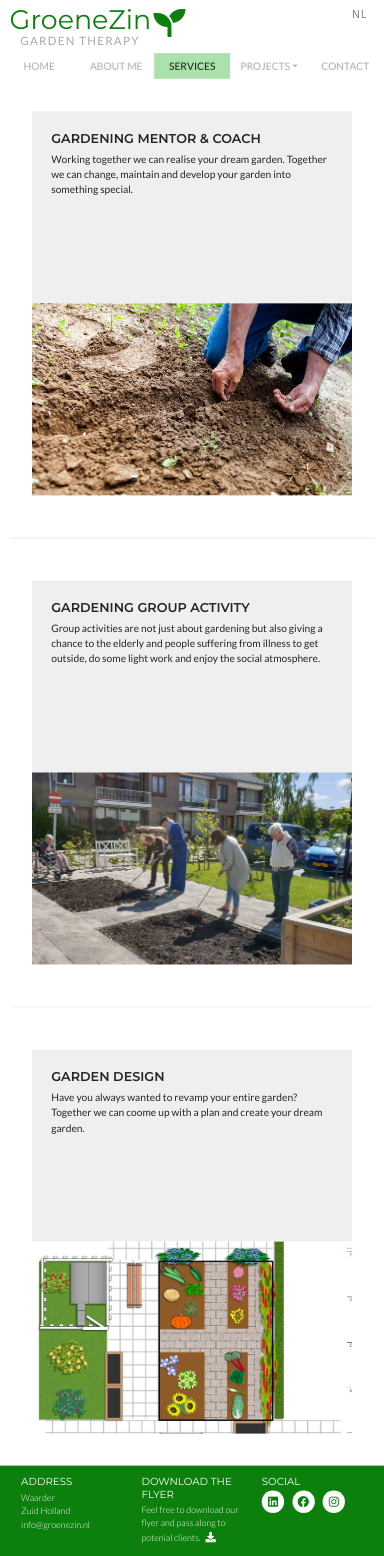
Repository: Sparkplug84/MilestoneProject1
Page: services.html
The author's editor kept a record of every edit. The page is drawn from the files as they stood at one moment, then again after the next edit.
The browser window is 600 px wide. The pictures show the whole page, at 64% of full size.
Some web libraries are served in a nearby version.

Above is the page before.
Console error: TypeError: Cannot read properties of undefined (reading 'fn')

### services.html
<!DOCTYPE html>
<html lang="en">

<head>
    <meta charset="UTF-8">
    <meta name="viewport" content="width=device-width, initial-scale=1.0">
    <meta http-equiv="X-UA-Compatible" content="ie=edge">
    <title>Groenezin | Gardening Coach, Mentor and Designer</title>
    <link rel="stylesheet" href="https://stackpath.bootstrapcdn.com/bootstrap/4.3.1/css/bootstrap.min.css" integrity="sha384-ggOyR0iXCbMQv3Xipma34MD+dH/1fQ784/j6cY/iJTQUOhcWr7x9JvoRxT2MZw1T" crossorigin="anonymous">
    <link rel="stylesheet" href="//use.fontawesome.com/releases/v5.10.2/css/all.css">
    <link rel="stylesheet" href="https://cdnjs.cloudflare.com/ajax/libs/hover.css/2.3.1/css/hover-min.css" type="text/css">
    <script src="https://stackpath.bootstrapcdn.com/bootstrap/4.3.1/js/bootstrap.min.js" integrity="sha384-JjSmVgyd0p3pXB1rRibZUAYoIIy6OrQ6VrjIEaFf/nJGzIxFDsf4x0xIM+B07jRM" crossorigin="anonymous"></script>
    <link rel="stylesheet" href="style.css" type="text/css" />
</head>

<body>
    <div class="container-fluid brand-heading">
        <div class="brand-container">
            <a href="index.html" class="brand">
                <div class="brand-wrapper">
                    <div class="brand-header">GroeneZin</div>
                    <div class="brand-sub uppercase">Garden Therapy</div>
                    <div class="brand-logo"><i class="fas fa-seedling" aria-hidden="true"></i></div>
                </div>
            </a>
        </div>

        <div class="language-toggle"><a class="language-link" href="NL_index.html">NL</a></div>
    </div>

    <nav class="navbar navbar-light bg-light navbar-expand-sm">

        <button class="navbar-toggler ml-auto" type="button" data-toggle="collapse" data-target="#navbarDropdown" aria-controls="navbarDropdown" aria-expanded="false" aria-label="Toggle navigation">
        <span class="navbar-toggler-icon"></span></button>

        <div class="collapse navbar-collapse" id="navbarDropdown">
            <ul class="navbar-nav mr-auto">
                <li class="nav-item"><a class="nav-link hvr-fade uppercase" href="index.html">Home</a></li>
                <li class="nav-item"><a class="nav-link hvr-fade uppercase" href="aboutme.html">About Me</a></li>
                <li class="active nav-item"><a class="nav-link hvr-fade uppercase" href="services.html">Services</a></li>
                <li class="nav-item dropdown">
                    <a class="nav-link hvr-fade dropdown-toggle uppercase" href="#" id="navbarDropdownMenuLink" role="button" data-toggle="dropdown" aria-haspopup="true" aria-expanded="false">Projects</a>
                    <div class="dropdown-menu" aria-labelledby="navbarDropdownMenuLink">
                        <a class="dropdown-item uppercase" href="project1.html">Project 1</a>
                        <a class="dropdown-item uppercase" href="project2.html">Project 2</a>
                        <a class="dropdown-item uppercase" href="project3.html">Project 3</a>
                    </div>
                </li>

                <li class="nav-item"><a class="nav-link hvr-fade uppercase" href="contact.html">Contact</a></li>
            </ul>
        </div>
    </nav>



    <div class="container-fluid services-container">

        <div class="row">
            <div class="col-md-5 services-section">
                <div class="services-sub">
                    <h5 class="services-heading uppercase">Gardening Mentor & Coach</h5>
                    <p class="services-info">Working together we can realise your dream garden. Together we can change, maintain and develop your garden into something special.
                    </p>
                </div>
            </div>
            <div class="col-md-7 photo-section">
                <div class="photo-service1"></div>
            </div>
        </div>

        <hr>

        <div class="row">
            <div class="col-md-5 services-section">
                <div class="services-sub">
                    <h5 class="services-heading uppercase">Gardening Group Activity</h5>
                    <p class="services-info">Group activities are not just about gardening but also giving a chance to the elderly and people suffering from illness to get outside, do some light work and enjoy the social atmosphere.
                        </p>
                </div>
            </div>
            <div class="col-md-7 photo-section">
                <div class="photo-service2"></div>
            </div>
        </div>

        <hr>

        <div class="row">
            <div class="col-md-5 services-section">
                <div class="services-sub">
                    <h5 class="services-heading uppercase">Garden Design</h5>
                    <p class="services-info">Have you always wanted to revamp your entire garden? Together we can coome up with a plan and create your dream garden.
                        </p>
                </div>
            </div>
            <div class="col-md-7 photo-section">
                <div class="photo-service3"></div>
            </div>
        </div>

    </div>

    <footer class="container-fluid">
        <div class="row footer-padding">
            <div class="col-sm-4 mt-3">
                <h6 class="footer-sub uppercase">Address</h6>
                <p>Waarder</p>
                <p>Zuid Holland</p>
                <p>info@groenezin.nl</p>
            </div>
            <div class="col-sm-4 mt-3">
                <h6 class="footer-sub uppercase">Download the flyer</h6>
                <p class="inline-block">Feel free to download our flyer and pass along to potenial clients.
                    <a href="#" target="_blank" class="flyer-pdf">
                        <i class="fa fa-download" aria-hidden="true"></i>
                        <span class="sr-only">Download link.</span>
                    </a>
                </p>
            </div>
            <div class="col-sm-4 mt-3">
                <h6 class="footer-sub uppercase">Social</h6>
                <ul class="list-inline social-links">
                    <li class="list-inline-item">
                        <a href="#" target="_blank">
                            <i class="fab fa-linkedin" aria-hidden="true"></i>
                            <span class="sr-only">LinkedIn</span>
                        </a>
                    </li>
                    <li class="list-inline-item">
                        <a href="#" target="_blank">
                            <i class="fab fa-facebook" aria-hidden="true"></i>
                            <span class="sr-only">Facebook</span>
                    </li>
                    <li class="list-inline-item">
                        <a href="#" target="_blank">
                            <i class="fab fa-instagram" aria-hidden="true"></i>
                            <span class="sr-only">Instagram</span>
                        </a>
                    </li>
                </ul>
            </div>
        </div>
    </footer>



    <script src="https://code.jquery.com/jquery-3.3.1.slim.min.js" integrity="sha384-q8i/X+965DzO0rT7abK41JStQIAqVgRVzpbzo5smXKp4YfRvH+8abtTE1Pi6jizo" crossorigin="anonymous"></script>
    <script src="https://cdnjs.cloudflare.com/ajax/libs/popper.js/1.14.7/umd/popper.min.js" integrity="sha384-UO2eT0CpHqdSJQ6hJty5KVphtPhzWj9WO1clHTMGa3JDZwrnQq4sF86dIHNDz0W1" crossorigin="anonymous"></script>
    <script src="https://stackpath.bootstrapcdn.com/bootstrap/4.3.1/js/bootstrap.min.js" integrity="sha384-JjSmVgyd0p3pXB1rRibZUAYoIIy6OrQ6VrjIEaFf/nJGzIxFDsf4x0xIM+B07jRM" crossorigin="anonymous"></script>
</body>

</html>

### style.css
@import url('https://fonts.googleapis.com/css?family=Lato:300,400,700|Montserrat:200,300,400,500,600,700,800,900&display=swap');

/* --------------------- General styles -------------------*/

.uppercase {
    text-transform: uppercase;
}

body {
    margin: 0;
    padding: 0;
}

.inline-block {
    display: inline-block;
}

/* --------------------- colours -------------------*/

.language-link {
    color: grey;
}

/* --------------------- Brand and Logo Section -------------------*/

.brand-container {
    width: 300px;
}

a.brand {
    width: 250px;
    height: 100%;
    text-decoration: none;
}

.brand-wrapper {
    width: 220px;
    height: 100%;
}

.brand-header {
    font-family: "Montserrat", sans-serif;
    font-size: 42px;
    height: 50px;
    width: 220px;
    color: #0d7f0d;
}

.brand-heading {
    position: relative;
}

.brand-sub {
    font-family: "Lato", sans-serif;
    display: inline-block;
    font-size: 18px;
    height: 32px;
    width: 220px;
    color: darkgrey;
    letter-spacing: 2px;
    text-align: center;
}

.brand-logo {
    display: inline-block;
    position: absolute;
    top: 0;
    right: inherit;
    font-size: 50px;
    height: 82px;
    width: 60px;
    color: #0d7f0d;
    text-align: center;
}

.language-toggle {
    display: inline;
    position: absolute;
    right: 25px;
    top: 10px;
    letter-spacing: 2px;
}

a.language-link {
    text-decoration: none;
}

a.language-link:hover {
    color: #0d7f0d;
}

/* --------------------- Navbar -------------------*/

.collapse {
    position: relative;
    z-index: 1;
    padding: 0;
    margin: 0;
}

.navbar {
    padding: 0;
}

.navbar-light .navbar-nav .nav-link {
    color: darkgrey;
}

nav ul {
    justify-content: space-around;
    width: 100%;
    border: 1px solid white;
    background-color: white;
}

nav ul li {
    border-left: 1px solid white;
    list-style-type: none;
    width: 100%;
    text-align: center;
}

nav ul li a {
    text-decoration: none;
    font-family: "Lato", sans-serif;
}

.hvr-fade {
    width: 100%;
    padding-right: 0;
    padding-left: 0;
}

.hvr-fade:hover {
    color: white;
    background-color: #abe1ab;
}

.navbar .navbar-toggler {
    border: 0;
}

.active {
    background-color: #abe1ab;
}

/* --------------------- Callout -------------------*/

.callout-container {
    font-family: "Montserrat", sans-serif;
    height: 100vh;
    background: url(https://www.nps.gov/caco/learn/news/images/National-Public-Lands-Day_1.JPG) no-repeat right fixed;
    -webkit-background-size: cover;
    -moz-background-size: cover;
    -o-background-size: cover;
    background-size: cover;
    display: flex;
    align-items: center;
    justify-content: center;
    position: relative;
}

.jumbotron {
    background: rgba(0, 0, 0, 0.5);
    max-width: 750px;
    max-height: 400px;
}

.jumbotron-header,
.jumbotron .sub-header {
    color: white;
}

.block-divider {
    width: 200px;
    height: 2px;
    border: none;
    background-color: #fff;
}

.btn-cta {
    color: #fff;
    background-color: #e84610;
    border-color: #e84610;
    width: 160px;
    border-radius: 0;
    font-family: "Montserrat", sans-serif;
}

.btn {
    font-size: 15px;
    font-weight: 500;
}

/* --------------------- Footer -------------------*/

.footer-sub {
    font-family: "Montserrat", sans-serif;
    font-weight: 400;
    color: white;
    margin-bottom: 4px;
}

footer {
    background-color: #0d7f0d;
    min-height: 100px;
}

footer p {
    font-family: "Lato", sans-serif;
    font-size: 14px;
    font-weight: 200;
    color: white;
    margin: 0;
    padding: 0;
}

.flyer-pdf {
    font-size: 16px;
    color: white;
    padding-left: 5px;
    transition: all 0.5s ease-in-out;
    -moz-transition: all 0.5s ease-in-out;
    -o-transition: all 0.5s ease-in-out;
    -webkit-transition: all 0.5s ease-in-out;
}

.flyer-pdf:hover {
    color: #e84610;
}


.social-links li a i {
    width: 35px;
    height: 35px;
    border-radius: 50%;
    font-size: 18px;
    text-align: center;
    color: #0d7f0d;
    background: white;
    line-height: 8px;
    padding: 13px 0;
    transition: all 0.5s ease-in-out;
    -moz-transition: all 0.5s ease-in-out;
    -o-transition: all 0.5s ease-in-out;
    -webkit-transition: all 0.5s ease-in-out;
}

.social-links li a i:hover {
    background-color: #e84610;
}

.footer-padding {
    padding: 0 18px 18px 18px;
}

/* --------------------- About Me -------------------*/

.profile-container {
    padding: 40px;
    background: #efefef;
}

.profile-name {
    font-family: "Montserrat", sans-serif;
    font-size: 25px;
    font-weight: 400;
    text-align: center;
    padding-bottom: 15px;
}

.profile-photo {
    width: 100%;
    padding-bottom: 100%;
    border: solid 3px darkgrey;
    border-radius: 50%;
    margin: 0 auto;
    background: url("./images/maaike-profile.jpg") center;
    background-repeat: no-repeat;
    background-size: cover;
}

.details-heading {
    font-family: "Montserrat", sans-serif;
    font-size: 25px;
    font-weight: 400;
    padding-bottom: 25px;
}

.details-container {
    padding: 20px 20px 0px 20px;
    background: #efefef;
    margin: 0 auto;
}

.personal-info-item {
    display: block;
    clear: both;
    margin-bottom: 22px;
    font-family: "Lato", sans-serif;
}

.personal-info-item .key,
.personal-info-item .value {
    display: inline-block;
}

.personal-info-item .key p,
.personal-info-item .value p {
    margin: 0;
    padding-left: 30px;
}

.personal-info-item .key {
    width: 30%;
    margin-right: 20px;
}

.personal-info-item .key p {
    font-weight: 700;
}

.personal-info-item .value {
    position: relative;
    width: 60%;
}

.aboutme-container {
    padding: 40px;

}

.aboutme-heading {
    font-family: "Montserrat", sans-serif;
    font-size: 25px;
    font-weight: 400;
    padding-bottom: 25px;
}

.aboutme-subheading {
    font-family: "Montserrat", sans-serif;
    font-size: 16px;
    font-weight: 600;
}

.col-10 {
    padding-bottom: 30px;
}

.col-10 p {
    font-family: "Lato", sans-serif;
}

.aboutme-icon {
    color: #e84610;
    font-size: 18px;
}

/* --------------------- Services -------------------*/

.services-heading {
    font-family: "Montserrat", sans-serif;
    font-weight: 600;
}

.services-info {
    font-family: "Lato", sans-serif;
}

.services-section {
    padding: 50px 0px 50px 100px;
    position: relative;
    right: 0;
    margin: 0 auto;
}

.services-sub {
    min-height: 300px;
    background-color: #efefef;
    padding: 30px;
}

.photo-section {
    padding: 50px 20px 50px 0px;
    margin: 0;
}

.photo-service1 {
    width: 85%;
    min-height: 300px;
    background: url("./images/tuinier-plant-zaadjes-in-zijn-tuin.jpg") no-repeat center;
    background-size: cover;
}

.photo-service2 {
    width: 85%;
    min-height: 300px;
    background: url("./images/group-activity1.jpg") no-repeat center;
    background-size: cover;
}

.photo-service3 {
    width: 85%;
    min-height: 300px;
    background: url("./images/Moestuin Herbergier plan.jpg") no-repeat center;
    background-size: cover;
}

/* --------------------- Media Queries -------------------*/

@media(max-width: 572px) {
    .navbar {
        position: absolute;
        right: 10px;
        top: 40px;
        z-index: 1;
    }
}

@media(max-width: 767px) {
    .services-section {
        padding: 50px 50px 0px 50px;
        position: relative;
        bottom: 0;
        margin: 0 auto;
    }
    .photo-section {
        padding: 0px 50px 50px 50px;
        margin: 0 auto;
    }
    .services-sub {
        min-height: 300px;
    }
    .photo-service1,
    .photo-service2,
    .photo-service3 {
        width: 100%;
    }
}

After the next edit:
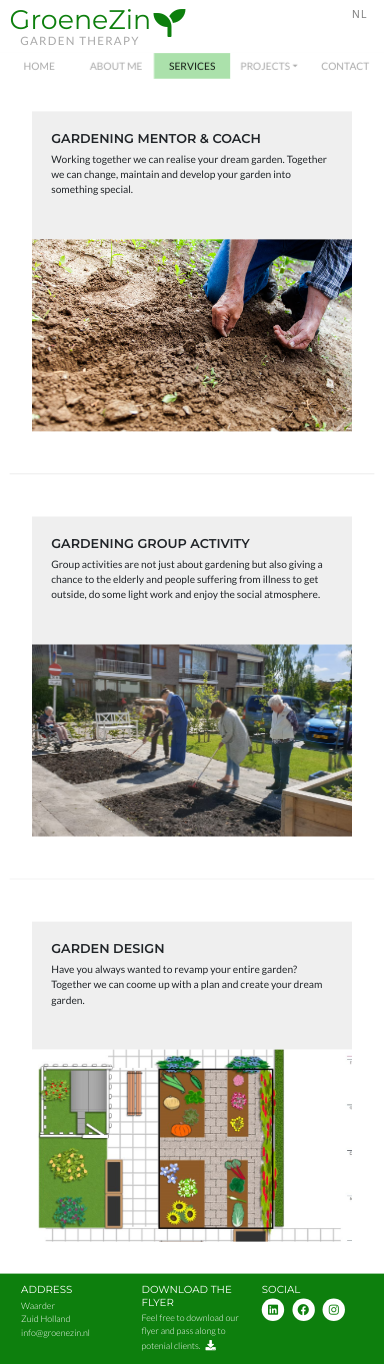
The edit:
--- a/style.css
+++ b/style.css
@@ -429,7 +429,8 @@
         margin: 0 auto;
     }
     .services-sub {
-        min-height: 300px;
+        height: 200px;
+        min-height: 0;
     }
     .photo-service1,
     .photo-service2,
